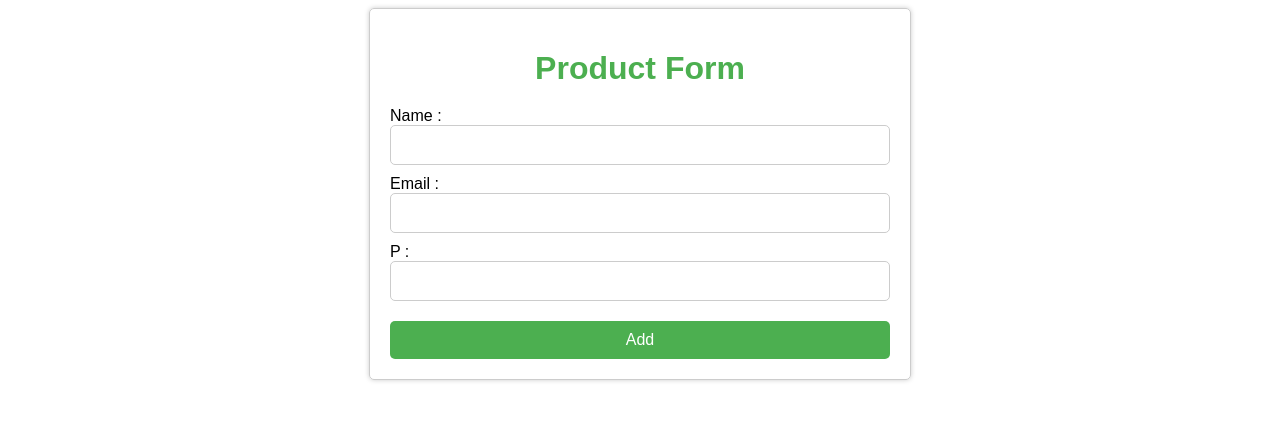
Repository: UnmeshNarayanKadam/JAVA-SPRING-HIBERNATE-PROGRAM
Page: http://localhost/spring-webapp/addProduct.jsp
These files come from the project's save history. The page is drawn as it stood at one moment and after the next save; the edit follows.
The browser window is 1280 px wide. The pictures show the whole page.
The page is served by Tomcat 9. Other server files are loaded and not shown.

Above is the page before, as saved 2023-02-27 06:58:53.

### spring-webapp/src/main/webapp/addProduct.jsp
<%@ page language="java" contentType="text/html; charset=ISO-8859-1"
	pageEncoding="ISO-8859-1"%>
<!DOCTYPE html>
<html>
<head>
<meta charset="ISO-8859-1">
<title>Insert title here</title>
<style>
.mainDiv {
	width: 500px;
	margin: 0 auto;
	padding: 20px;
	border: 1px solid #ccc;
	border-radius: 5px;
	box-shadow: 0 0 5px #ccc;
	font-family: Arial, sans-serif;
}

h1 {
	font-family: Arial, sans-serif;
	font-size: 32px;
	color: #4CAF50;
	text-align: center;
	margin-bottom: 20px;
}

input {
	padding: 10px;
	border: 1px solid #ccc;
	border-radius: 5px;
	margin-bottom: 10px;
	width: 100%;
	box-sizing: border-box;
	font-size: 16px;
	font-family: Arial, sans-serif;
}

button[type="submit"] {
	background-color: #4CAF50;
	color: white;
	padding: 10px;
	border: none;
	border-radius: 5px;
	cursor: pointer;
	font-size: 16px;
	font-family: Arial, sans-serif;
	margin-top: 10px;
	width: 100%;
	box-sizing: border-box;
}

button[type="submit"]:hover {
	background-color: #3e8e41;
}
</style>
</head>
<body>
	<div class="mainDiv">
		<h1>Product Form</h1>
		<form action="add-customer">
			Name : <input name="name" /><br> Email : <input name="email" /><br>
			P : <input name="city" />
			<button type="submit">Add</button>
		</form>
	</div>

</body>
</html>

After the next save:
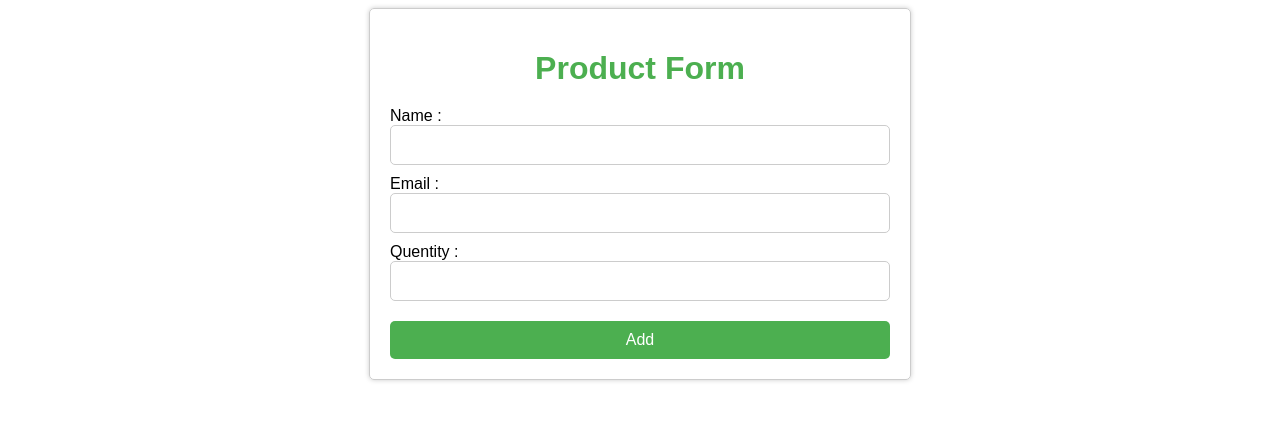
Saved 15 s later.
--- a/spring-webapp/src/main/webapp/addProduct.jsp
+++ b/spring-webapp/src/main/webapp/addProduct.jsp
@@ -59,7 +59,7 @@ button[type="submit"]:hover {
 		<h1>Product Form</h1>
 		<form action="add-customer">
 			Name : <input name="name" /><br> Email : <input name="email" /><br>
-			P : <input name="city" />
+			Quentity : <input name="city" />
 			<button type="submit">Add</button>
 		</form>
 	</div>
